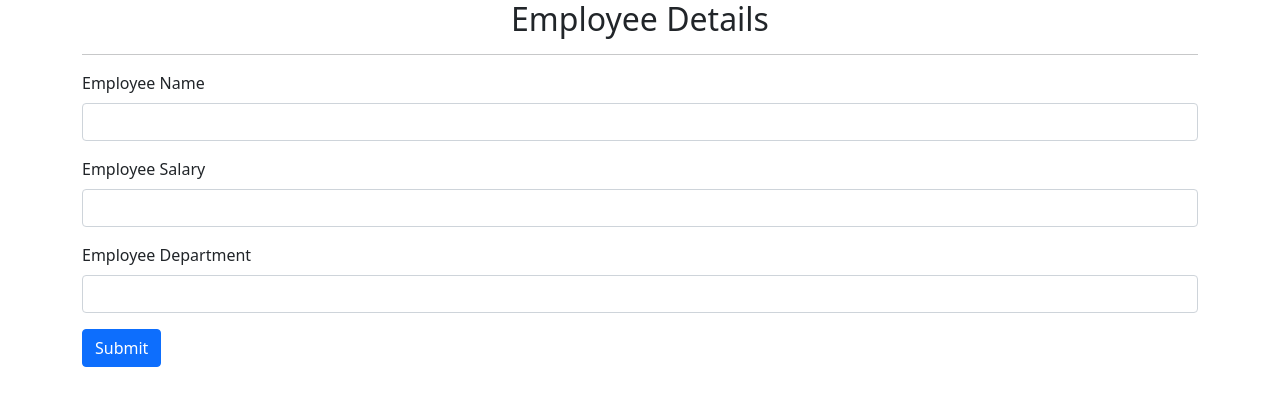
Repository: bhatideepak599/JspServlets
Page: http://localhost/10-student-mvc-db/update-Employee.jsp
The author's editor kept a copy of each file at every save. The page is drawn from the files as they stood at one save, then again after the next save.
The browser window is 1280 px wide. The pictures show the whole page.
The page is served by Tomcat 9.

Above is the page before, as saved 2024-07-17 09:14:11.

After the next save:
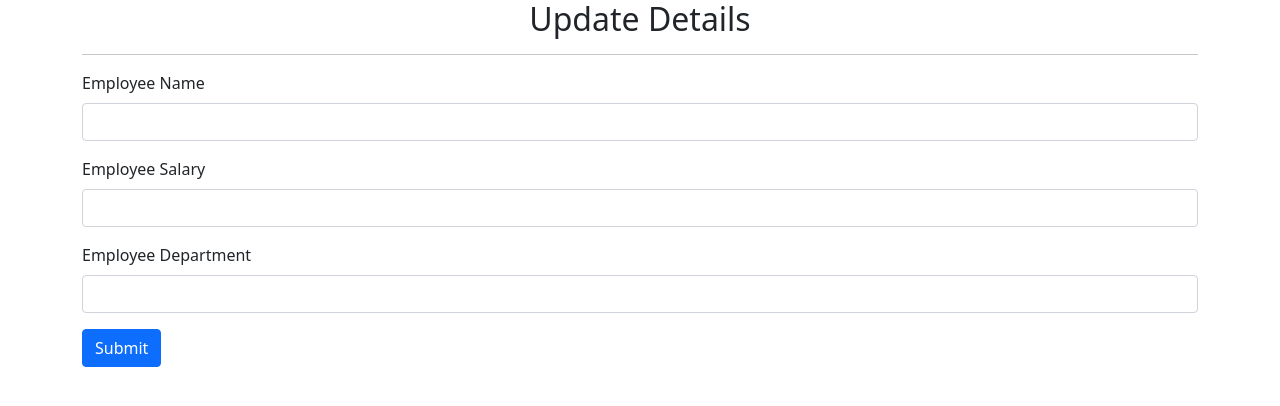
Saved 7 s later.
--- a/10-student-mvc-db/WebContent/update-Employee.jsp
+++ b/10-student-mvc-db/WebContent/update-Employee.jsp
@@ -20,12 +20,12 @@
 
 		<div class="text-center">
 
-			<p class="h2">Employee Details</p>
+			<p class="h2">Update Details</p>
 
 		</div>
 		<hr>
 		<form action ="Student">
-			<input type="hidden" name="command" value="add"/>
+			<input type="hidden" name="command" value="update"/>
 			<!-- <div class="mb-3">
 				<label for="Id" class="form-label">Employee Id</label> <input type="text" class="form-control"
 					id="Id" name="Id" aria-describedby="emailHelp">
